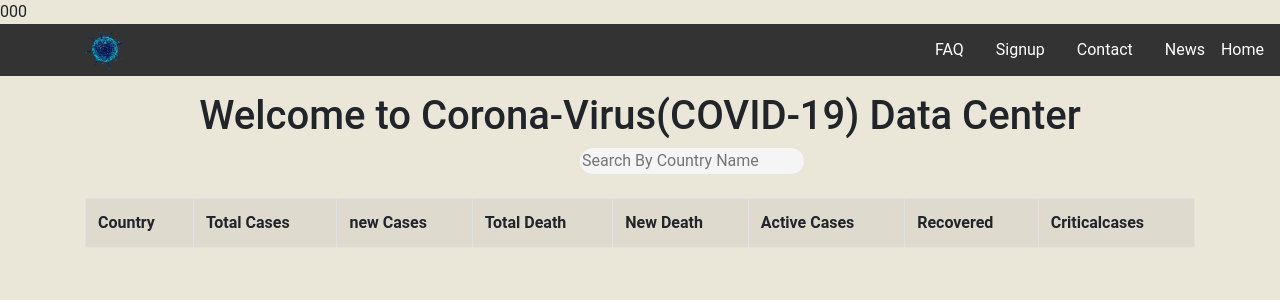
Repository: xthashankar/COVID-19-data-
Page: index.html
The author's editor kept a copy of each file at every save. The page is drawn from the files as they stood at one save, then again after the next save.
The browser window is 1280 px wide. The pictures show the whole page.
The page's requests for data from a server got no answer.

Above is the page before, as saved 2020-04-15 18:39:24.

After the next save:
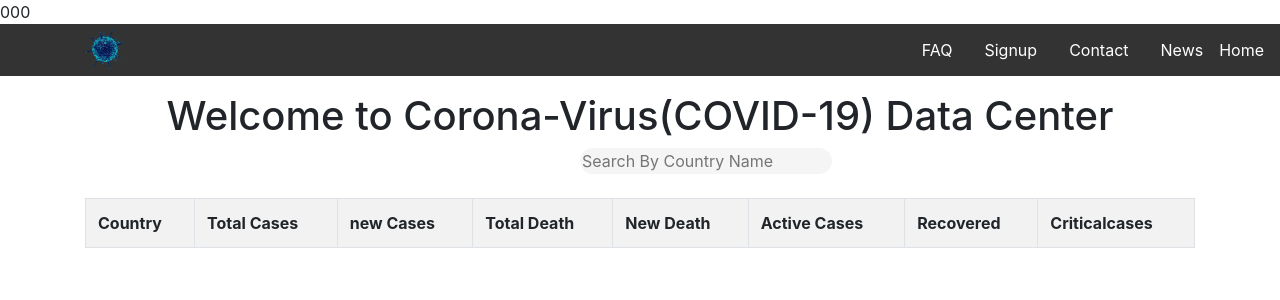
Saved 37 s later.
--- a/css/styles.css
+++ b/css/styles.css
@@ -1,10 +1,11 @@
-
+/*
 body {
 	font-family: 'Roboto', sans-serif;
 	background-color: #eae7d9;
 	margin: 0;
 	padding: 0;
-}ul{
+} */
+ul{
     list-style-type:none;
     overflow: hidden;
     background-color:#333;
